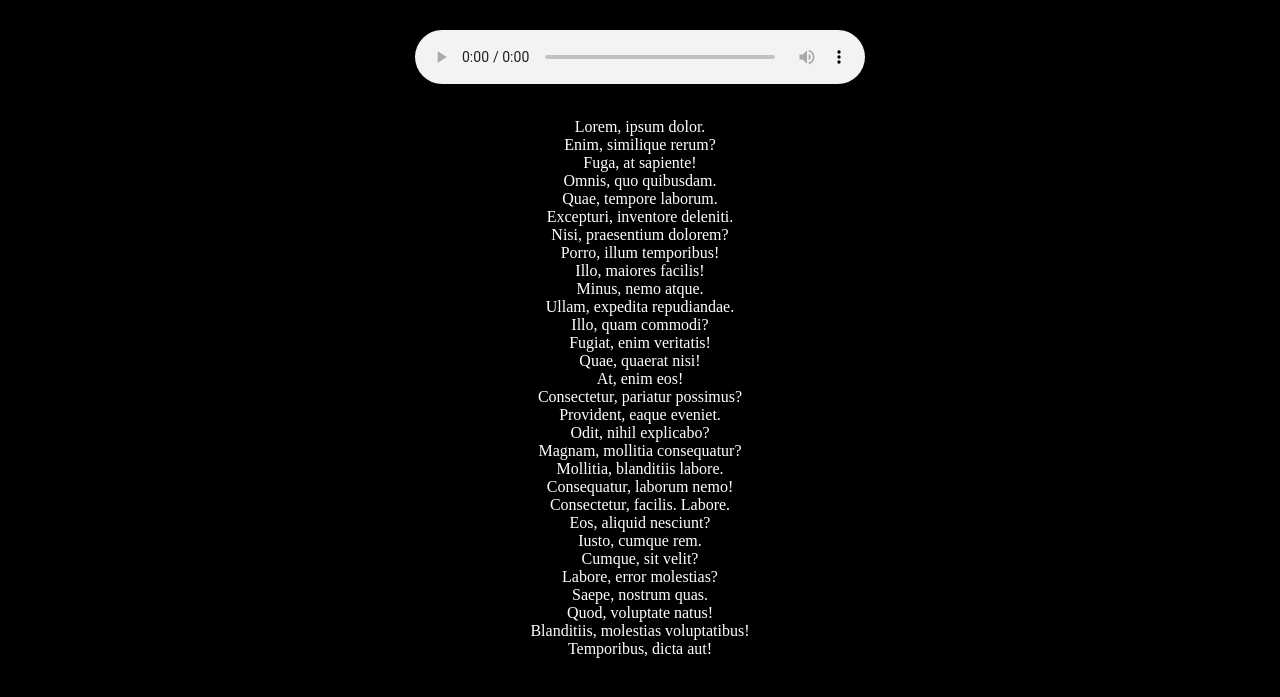
Repository: zhaojunyan9528/music-scroll
Page: index.html
An editor plug-in stored every save of this project. The page is shown before and after the next save, followed by the edit.
The browser window is 1280 px wide. The pictures show the whole page.

Above is the page before, as saved 2023-11-23 13:37:35.

After the next save:
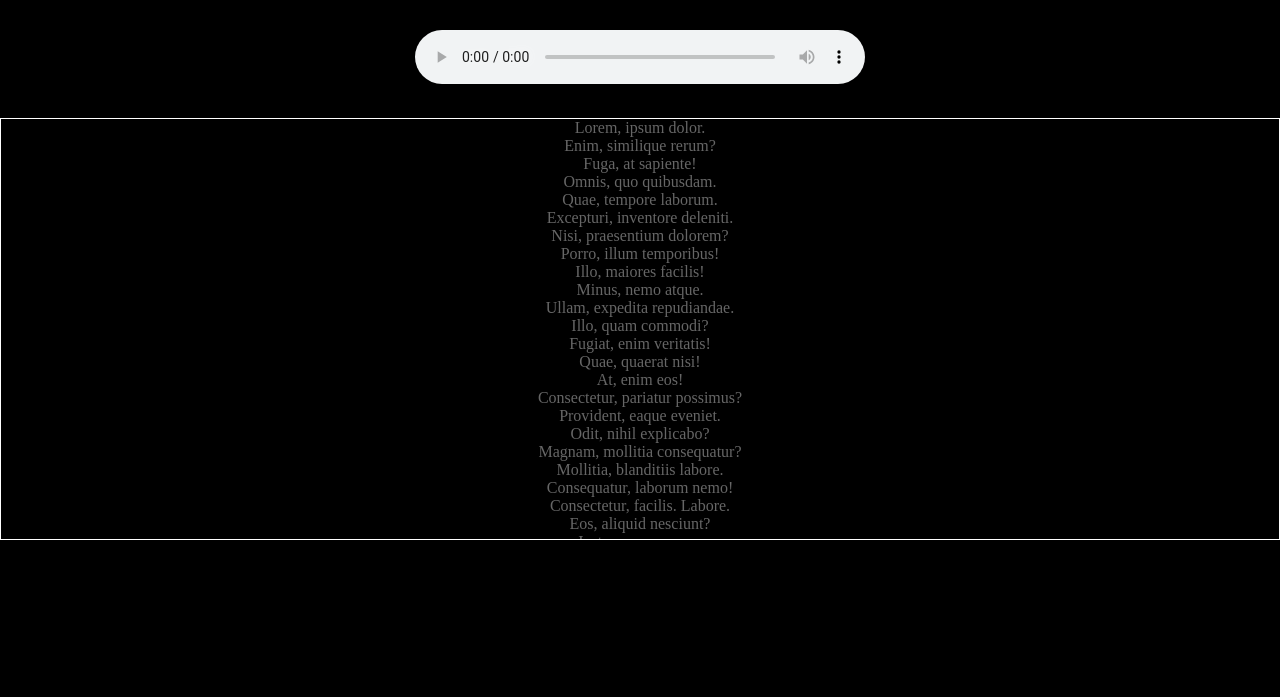
Saved 2 min 3 s later.
--- a/css/index.css
+++ b/css/index.css
@@ -12,7 +12,9 @@
   margin: 30px 0;
 }
 .container {
-  color: white;
+  height: 420px;
+  overflow: hidden;
+  border: 1px solid white;
 }
 li {
   list-style: none;
